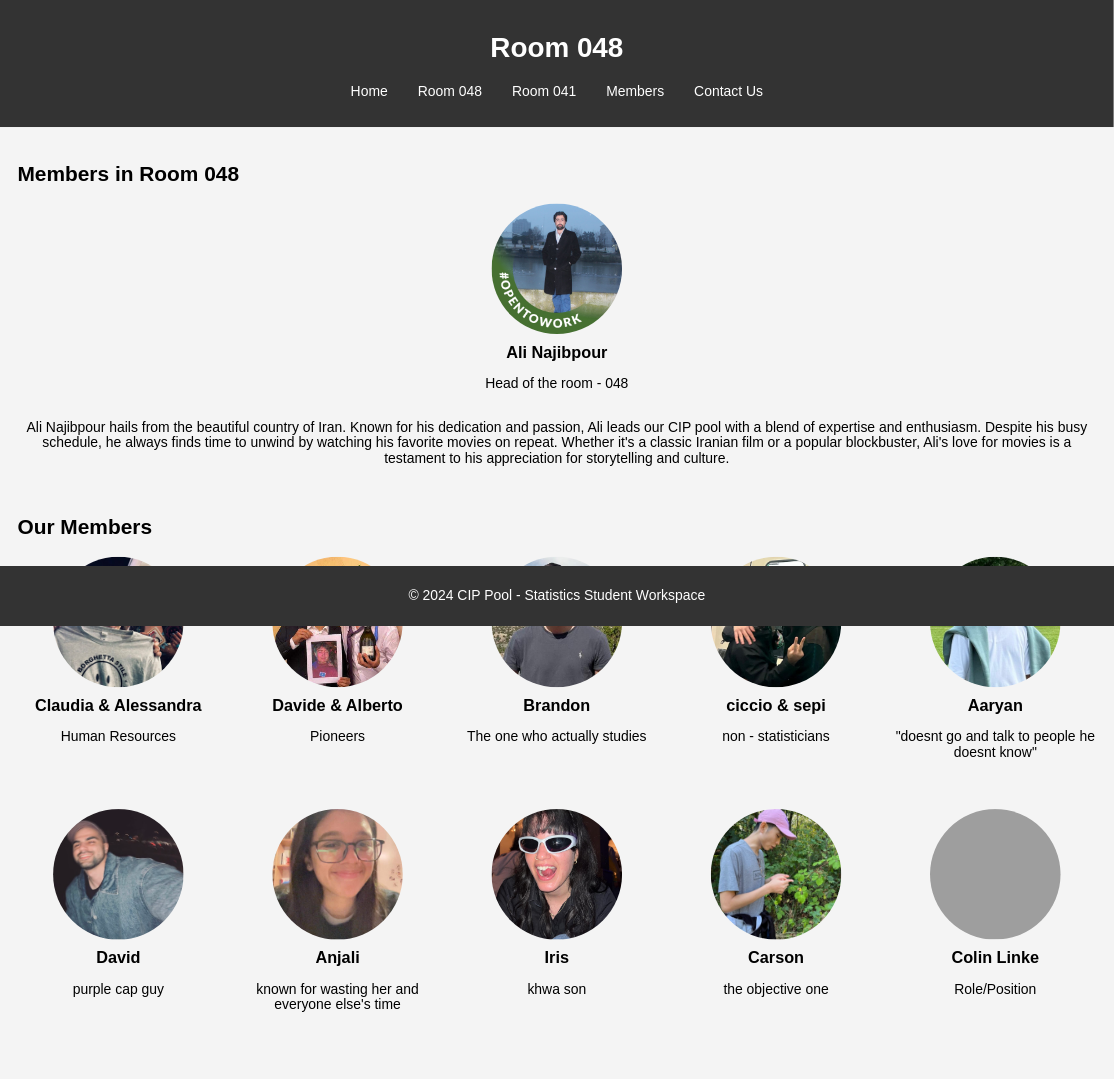
Repository: anjalisarawgi/cip_website
Page: room_048.html
An editor plug-in stored every save of this project. The page is shown before and after the next save, followed by the edit.
The browser window is 1280 px wide. The pictures show the whole page, at 87% of full size.
Pictures or frames that could not be fetched are drawn as grey boxes.

Above is the page before, as saved 2024-06-14 14:14:58.

### room_048.html
<!DOCTYPE html>
<html lang="en">
<head>
    <meta charset="UTF-8">
    <meta name="viewport" content="width=device-width, initial-scale=1.0">
    <title>Room 048 - CIP Pool</title>
    <link rel="stylesheet" href="styles.css">
</head>
<body>
    <header>
        <h1>Room 048</h1>
        <nav>
            <ul>
                <li><a href="index.html">Home</a></li>
                <li><a href="room_048.html">Room 048</a></li>
                <li><a href="room_041.html">Room 041</a></li>
                <li><a href="members.html">Members</a></li>
                <li><a href="contact.html">Contact Us</a></li>
            </ul>
        </nav>
    </header>
    <main>
        <section>
            <h2>Members in Room 048</h2>
            <div class="members-grid">
                <div class="member">
                    <img src="images/ali.jpeg" alt="Ali Najibpour" class="member-photo">
                    <div class="member-info">
                        <h3>Ali Najibpour</h3>
                        <p>Head of the room - 048</p>
                        <p>Ali Najibpour hails from the beautiful country of Iran. Known for his dedication and passion, Ali leads our CIP pool with a blend of expertise and enthusiasm. Despite his busy schedule, he always finds time to unwind by watching his favorite movies on repeat. Whether it's a classic Iranian film or a popular blockbuster, Ali's love for movies is a testament to his appreciation for storytelling and culture.</p>
                    </div>
                </div>
            </div>
        </section>
        <section>
            <h2>Our Members</h2>
            <div class="members-grid">
                <div class="member">
                    <img src="images/claudia_alessandra.jpeg" alt="Claudia & Alessandra" class="member-photo">
                    <div class="member-info">
                        <h3>Claudia & Alessandra</h3>
                        <p>Human Resources</p>
                    </div>
                </div>
                <div class="member">
                    <img src="images/davide_alberto.jpeg" alt="Davide & Alberto" class="member-photo">
                    <div class="member-info">
                        <h3>Davide & Alberto</h3>
                        <p>Pioneers</p>
                    </div>
                </div>
                <div class="member">
                    <img src="images/brandon.jpeg" alt="Brandon" class="member-photo">
                    <div class="member-info">
                        <h3>Brandon</h3>
                        <p>The one who actually studies</p>
                    </div>
                </div>
                <div class="member">
                    <img src="images/francesco_giuseppe.jpeg" alt="Francesco & Giuseppe" class="member-photo">
                    <div class="member-info">
                        <h3>ciccio & sepi</h3>
                        <!-- <p><em>ciccio & sepi</em></p> -->
                        <p>non - statisticians </p>
                    </div>
                </div>
                <div class="member">
                    <img src="images/aaryan.jpg" alt="aaryan" class="member-photo">
                    <div class="member-info">
                        <h3>Aaryan</h3>
                        <p>"doesnt go and talk to people he doesnt know"</p>
                    </div>
                </div>
                <div class="member">
                    <img src="images/david.jpg" alt="david" class="member-photo">
                    <div class="member-info">
                        <h3>David</h3>
                        <p>purple cap guy</p>
                    </div>
                </div>
                <div class="member">
                    <img src="images/anjali.jpeg" alt="anjali" class="member-photo">
                    <div class="member-info">
                        <h3>Anjali</h3>
                        <p>known for wasting her and everyone else's time</p>
                    </div>
                </div>
                <div class="member">
                    <img src="images/iris.jpeg" alt="iris" class="member-photo">
                    <div class="member-info">
                        <h3>Iris</h3>
                        <p>khwa son</p>
                    </div>
                </div>
                <div class="member">
                    <img src="images/carson.jpg" alt="carson" class="member-photo">
                    <div class="member-info">
                        <h3>Carson</h3>
                        <p>the objective one</p>
                    </div>
                </div>
                <div class="member">
                    <img src="images/member5.jpeg" alt="Member 5" class="member-photo">
                    <div class="member-info">
                        <h3>Colin Linke</h3>
                        <p>Role/Position</p>
                    </div>
                </div>
            </div>
        </section>
    </main>
    <footer>
        <p>&copy; 2024 CIP Pool - Statistics Student Workspace</p>
    </footer>
</body>
</html>

### styles.css
body {
    font-family: Arial, sans-serif;
    margin: 0;
    padding: 0;
    background-color: #f4f4f4;
}

header {
    background-color: #333;
    color: white;
    padding: 1em 0;
    text-align: center;
}

nav ul {
    list-style-type: none;
    padding: 0;
}

nav ul li {
    display: inline;
    margin: 0 15px;
}

nav ul li a {
    color: white;
    text-decoration: none;
}

main {
    padding: 20px;
}

footer {
    background-color: #333;
    color: white;
    text-align: center;
    padding: 10px 0;
    position: fixed;
    bottom: 0;
    width: 100%;
}

section {
    margin-bottom: 20px;
}

.member {
    display: flex;
    align-items: center;
    margin-bottom: 20px;
}

.member-photo {
    border-radius: 50%;
    width: 150px;
    height: 150px;
    object-fit: cover;
    margin-bottom: 10px;
}


.member-info {
    display: flex;
    flex-direction: column;
}

.member-info h3 {
    margin: 0;
}

.members-grid {
    display: grid;
    grid-template-columns: repeat(auto-fit, minmax(200px, 1fr));
    gap: 20px;
}

.members-grid .member {
    flex-direction: column;
    align-items: center;
    text-align: center;
}

.members-grid .member-photo {
    width: 150px;
    height: 150px;
    margin-bottom: 10px;
}

.members-grid .member-info {
    align-items: center;
}

After the next save:
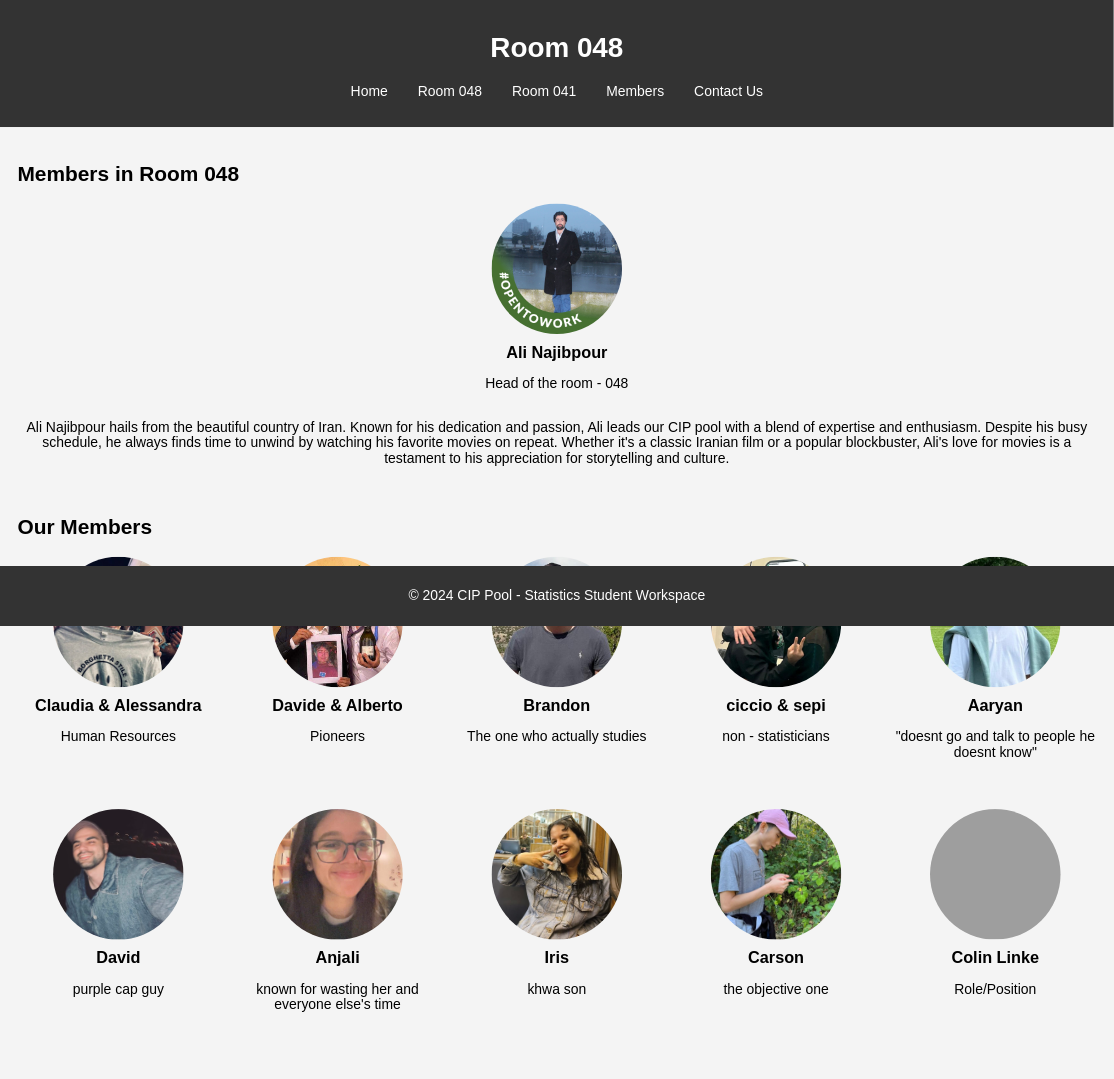
Saved 97 s later.
--- a/room_048.html
+++ b/room_048.html
@@ -87,7 +87,7 @@
                     </div>
                 </div>
                 <div class="member">
-                    <img src="images/iris.jpeg" alt="iris" class="member-photo">
+                    <img src="images/iris.jpg" alt="iris" class="member-photo">
                     <div class="member-info">
                         <h3>Iris</h3>
                         <p>khwa son</p>
